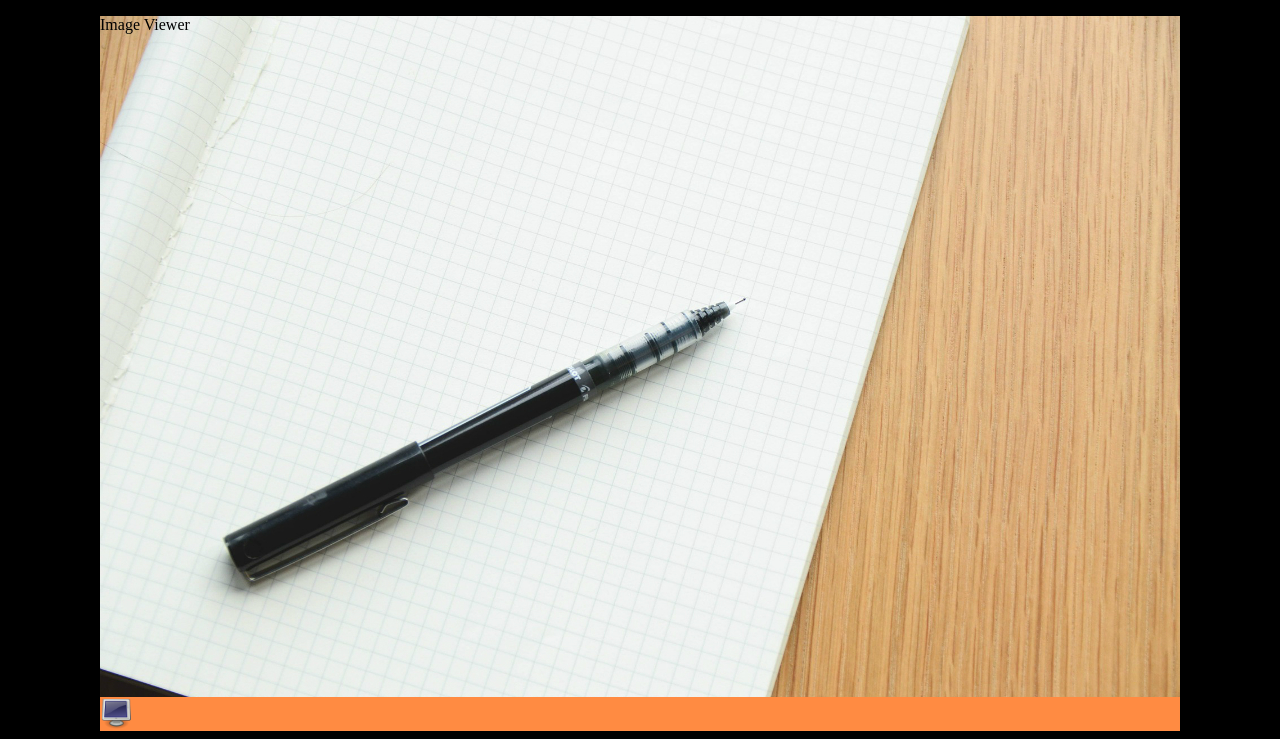
Repository: jc222fi/1dv403-laborationer
Page: 5-pwd/index.html
The author's editor kept a record of every edit. The page is drawn from the files as they stood at one moment, then again after the next edit.
The browser window is 1280 px wide. The pictures show the whole page.
After loading, the first visible `a` was clicked once.

Above is the page before.

### 5-pwd/index.html
<!DOCTYPE html>
<html>
    <head>
        <meta charset="UTF-8">
        <title>My Virtual Desktop</title>
        <link rel="stylesheet" href="style.css" />
    </head>
    <body>
        <div id="container">
            <footer>
            </footer>
        </div>
        <script src="script.js"></script>
    </body>
</html>

### 5-pwd/style.css
html{
    background-color:black;
}
#container{
    height:715px;
    width:1080px;
    margin:0 auto;
    background-image:url("pics/notepad1.jpg");
}
.imageViewer{
    height:400px;
    width:300px;
    background-color:black;
    position:absolute;
    top:50px;
    left:20px;
}
footer{
    background-color:#ff8b42;
    position:absolute;
    margin-top:681px;
    height:30px;
    width:1076px;
    padding:2px;
}

### 5-pwd/script.js
"use strict";
//Bilder från pixabay.com

var MyDesktop = {

    init: function(){

        var button = document.createElement("a");
        var buttonImage = document.createElement("img");
        var footer = document.querySelector("footer");

        button.href = "#";
        buttonImage.src = "pics/desktopicon.png";
        footer.appendChild(button);
        button.appendChild(buttonImage);

        button.onclick = function(){

            MyDesktop.openWindow();
        };

    },

    openWindow: function(){

        var containerDiv = document.getElementById("container");
        var windowDiv = document.createElement("div");
        var windowHeader = document.createElement("p");

        windowDiv.appendChild(windowHeader);
        containerDiv.appendChild(windowDiv);

        windowHeader.innerHTML = "Image Viewer";
        //console.log(divContainer);
    }

};

window.onload = MyDesktop.init;

After the next edit:
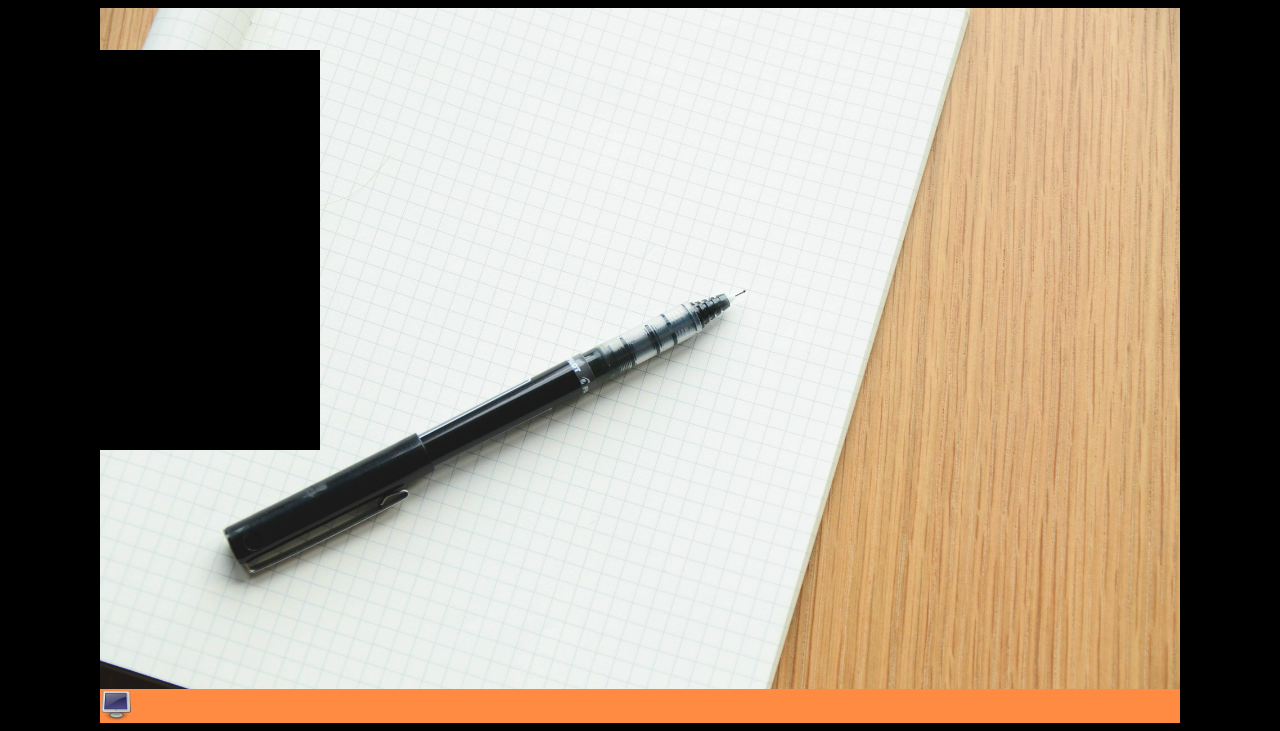
The edit:
--- a/5-pwd/script.js
+++ b/5-pwd/script.js
@@ -27,6 +27,7 @@
         var windowDiv = document.createElement("div");
         var windowHeader = document.createElement("p");
 
+        windowDiv.setAttribute("class", "imageViewer");
         windowDiv.appendChild(windowHeader);
         containerDiv.appendChild(windowDiv);
 
